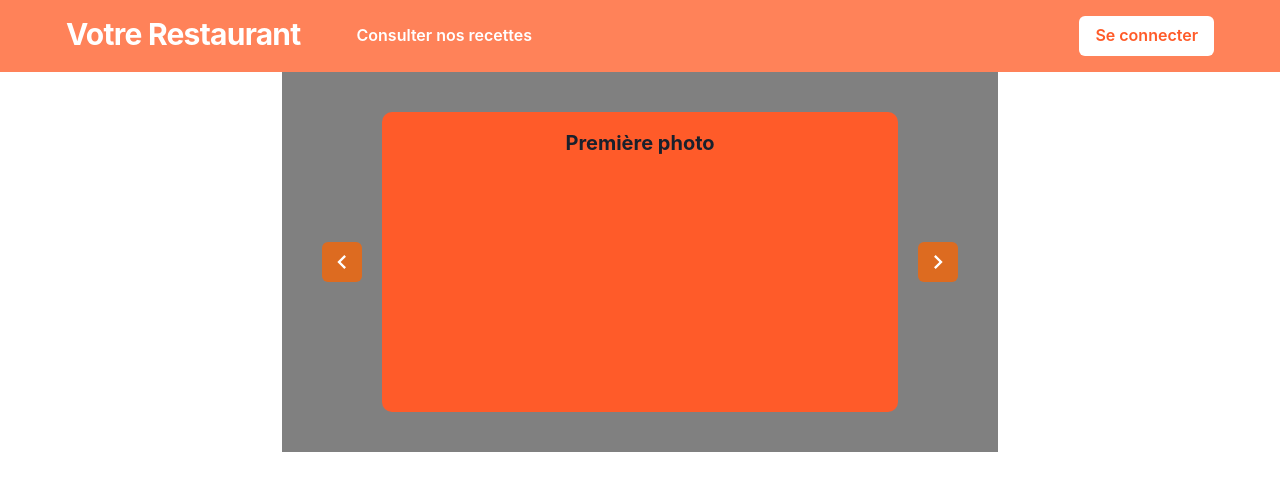
Repository: Ecaron76/tp-restau-next
Page: /
An editor plug-in stored every save of this project. The page is shown before and after the next save, followed by the edit.
The browser window is 1280 px wide. The pictures show the whole page.
The project was rebuilt for these pictures with package versions that can differ from the ones it lists, and the page was loaded fresh each time. The framework's server and built-in components were replaced by stand-ins that run in the browser. Also part of the build but not shown: next.config.mjs.

Above is the page before, as saved 2024-02-25 19:14:07.

### src/app/layout.tsx
'use client'

import { Inter } from "next/font/google";
import "./globals.css";
import { ChakraProvider, extendTheme  } from '@chakra-ui/react'
import Header from "@/components/Header/Header";
const theme = extendTheme({
  colors: {
    brand: {
      50: '#ffeee6',
      100: '#ffc7b7',
      200: '#ffa788',
      300: '#ff8259',
      400: '#ff5b29',
      500: '#ff3300',
      600: '#cc2900',
      700: '#991f00',
      800: '#661600',
      900: '#330c00',
    },
  },
});



export function Providers({ children }: { children: React.ReactNode }) {
  return <ChakraProvider theme={theme}>{children}</ChakraProvider>
}

export default function RootLayout({
  children,
}: Readonly<{
  children: React.ReactNode;
}>) {
  return (
    <html lang="en">
      <body>
        <Providers>{children}</Providers>
      </body>
    </html>
  );
}

### src/app/page.tsx
"use client"
import Image from "next/image";

import Header from "@/components/Header/Header";
import PageContainer from "@/components/PageContainer/PageContainer";
import SliderResto from "@/components/SliderResto/SliderResto";
import Slider from "react-slick";
import { Box } from "@chakra-ui/react";
const settings = {
  dots: true,
  infinite: true,
  speed: 500,
  slidesToShow: 1,
  slidesToScroll: 1,
};
export default function Home() {
  return (
    <main >
      <Header />
      <PageContainer>
        <SliderResto />
      </PageContainer>
    </main>
  );
}

### src/app/globals.css
:root {
  --max-width: 1100px;
  --border-radius: 12px;
  --font-mono: ui-monospace, Menlo, Monaco, "Cascadia Mono", "Segoe UI Mono",
    "Roboto Mono", "Oxygen Mono", "Ubuntu Monospace", "Source Code Pro",
    "Fira Mono", "Droid Sans Mono", "Courier New", monospace;

  --foreground-rgb: 0, 0, 0;
  --background-start-rgb: 214, 219, 220;
  --background-end-rgb: 255, 255, 255;

  --primary-glow: conic-gradient(
    from 180deg at 50% 50%,
    #16abff33 0deg,
    #0885ff33 55deg,
    #54d6ff33 120deg,
    #0071ff33 160deg,
    transparent 360deg
  );
  --secondary-glow: radial-gradient(
    rgba(255, 255, 255, 1),
    rgba(255, 255, 255, 0)
  );

  --tile-start-rgb: 239, 245, 249;
  --tile-end-rgb: 228, 232, 233;
  --tile-border: conic-gradient(
    #00000080,
    #00000040,
    #00000030,
    #00000020,
    #00000010,
    #00000010,
    #00000080
  );

  --callout-rgb: 238, 240, 241;
  --callout-border-rgb: 172, 175, 176;
  --card-rgb: 180, 185, 188;
  --card-border-rgb: 131, 134, 135;
}

@media (prefers-color-scheme: dark) {
  :root {
    --foreground-rgb: 255, 255, 255;
    --background-start-rgb: 0, 0, 0;
    --background-end-rgb: 0, 0, 0;

    --primary-glow: radial-gradient(rgba(1, 65, 255, 0.4), rgba(1, 65, 255, 0));
    --secondary-glow: linear-gradient(
      to bottom right,
      rgba(1, 65, 255, 0),
      rgba(1, 65, 255, 0),
      rgba(1, 65, 255, 0.3)
    );

    --tile-start-rgb: 2, 13, 46;
    --tile-end-rgb: 2, 5, 19;
    --tile-border: conic-gradient(
      #ffffff80,
      #ffffff40,
      #ffffff30,
      #ffffff20,
      #ffffff10,
      #ffffff10,
      #ffffff80
    );

    --callout-rgb: 20, 20, 20;
    --callout-border-rgb: 108, 108, 108;
    --card-rgb: 100, 100, 100;
    --card-border-rgb: 200, 200, 200;
  }
}

* {
  box-sizing: border-box;
  padding: 0;
  margin: 0;
}

html,
body {

  overflow-x: hidden;
}

body {
  color: rgb(var(--foreground-rgb));
  background: linear-gradient(
      to bottom,
      transparent,
      rgb(var(--background-end-rgb))
    )
    rgb(var(--background-start-rgb));
}

a {
  color: inherit;
  text-decoration: none;
}

@media (prefers-color-scheme: dark) {
  html {
    color-scheme: dark;
  }
}

### src/components/Header/Header.tsx
import { Box, Flex, Heading, Spacer, Button } from '@chakra-ui/react';
import NextLink from 'next/link'; // Pour gérer la navigation entre les pages

const Header = () => {
  return (
    <Box bg="brand.300" p={4} color="white">
      <Flex alignItems="center" maxW="100%" marginLeft={'50px'} marginRight={'50px'} justifyContent='space-between'>
        {/* Logo ou Nom du restaurant */}
        <Box display={'flex'} gap={10}>
        <Heading as="h1" size="lg" letterSpacing="tight">
          <NextLink href="/" passHref>
              Votre Restaurant
          </NextLink>
        </Heading>
        <Box>
          <NextLink href="/recettes" passHref>
            <Button  variant="ghost" color={'white'}>
              Consulter nos recettes
            </Button>
          </NextLink>
        </Box>
        </Box>
        <Box>
          <NextLink href="/login" passHref>
            <Button  variant="ghost" color={'brand.400'} bg={'white'}>
              Se connecter
            </Button>
          </NextLink>
        </Box>
      </Flex>
    </Box>
  );
};

export default Header;

### src/components/PageContainer/PageContainer.tsx
import { Box } from "@chakra-ui/react";

export default function PageContainer({children}: {children: React.ReactNode}) {
    return (
      <Box marginRight={'22%'}marginLeft={'22%'} bg="grey" padding={10}>
        {children}
      </Box>
    )
  }

### src/components/SliderResto/SliderResto.tsx
import { ChevronLeftIcon, ChevronRightIcon } from "@chakra-ui/icons";
import { Box, Button, HStack, IconButton, Text } from "@chakra-ui/react";
import { useState } from "react";

export default function SliderResto() {
    const [currentSlide, setCurrentSlide] = useState(0);
    const slides = [
        { id: 1, title: 'Première photo', },
        { id: 2, title: 'Deuxième photo',  },
        { id: 3, title: 'Troisième photo',  },
      ];

      const goToNextSlide = () => {
        setCurrentSlide((prevSlide: number) => (prevSlide + 1) % slides.length);
      };

      const goToPrevSlide = () => {
        setCurrentSlide((prevSlide: number) => (prevSlide - 1 + slides.length) % slides.length);
      };
  return (
    <Box position="relative" textAlign="center" >
      <Box display={'flex'} justifyContent={'center'} alignItems={'center'} gap={5}>
        <IconButton
          onClick={goToPrevSlide}
          icon={<ChevronLeftIcon boxSize={7} />}
          colorScheme="orange"
          size="md"
          aria-label="Précédent"
        />
        <Box position="relative" textAlign="center" p={4} bg={'brand.400'} width={600} height={300} borderRadius={10}>
          <Text fontSize="xl" fontWeight="bold" mb={2}>
            {slides[currentSlide].title}
          </Text>
        </Box>
        <IconButton
          onClick={goToNextSlide}
          icon={<ChevronRightIcon boxSize={7} />}
          colorScheme="orange"
          size="md"
          aria-label="Suivant"
        />
      </Box>

    </Box>
  );
}

After the next save:
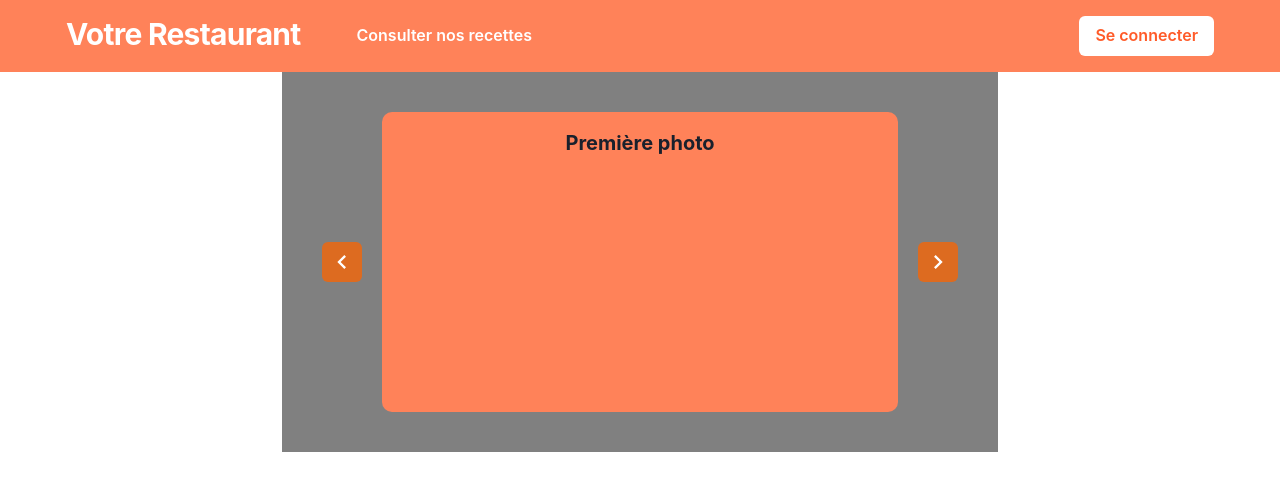
Saved 5 s later.
--- a/src/components/SliderResto/SliderResto.tsx
+++ b/src/components/SliderResto/SliderResto.tsx
@@ -27,7 +27,7 @@ export default function SliderResto() {
           size="md"
           aria-label="Précédent"
         />
-        <Box position="relative" textAlign="center" p={4} bg={'brand.400'} width={600} height={300} borderRadius={10}>
+        <Box position="relative" textAlign="center" p={4} bg={'brand.300'} width={600} height={300} borderRadius={10}>
           <Text fontSize="xl" fontWeight="bold" mb={2}>
             {slides[currentSlide].title}
           </Text>
